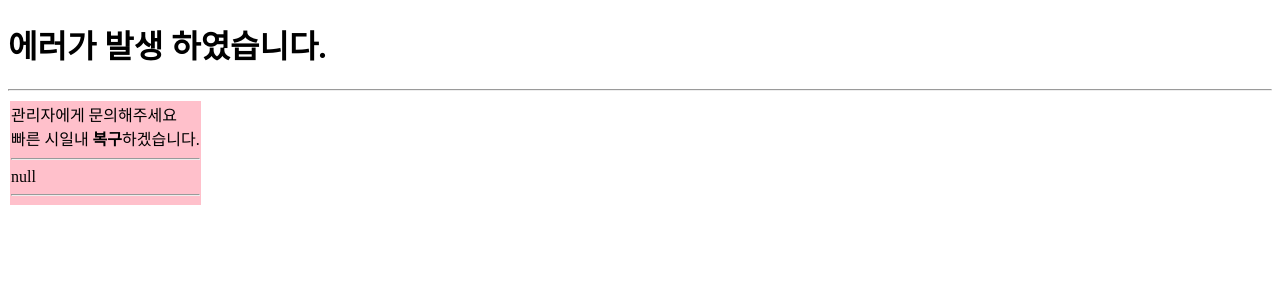
Repository: donggeonoh/My_Source
Page: http://localhost/WebProgramming/ch05/error.jsp
These files come from the project's save history. The page is drawn as it stood at one moment and after the next save; the edit follows.
The browser window is 1280 px wide. The pictures show the whole page.
The page is served by Tomcat 9. Other server files are loaded and not shown.

Above is the page before, as saved 2016-10-06 09:51:53.

### Web Source/WebProgramming/WebContent/ch05/error.jsp
<%@ page language="java" contentType="text/html; charset=UTF-8"
    pageEncoding="UTF-8" isErrorPage = "true"%>
<!DOCTYPE html PUBLIC "-//W3C//DTD HTML 4.01 Transitional//EN" "http://www.w3.org/TR/html4/loose.dtd">
<html>
<head>
<meta http-equiv="Content-Type" content="text/html; charset=UTF-8">
<title>Error of Error_test.jsp</title>
</head>
<body>
	<h1>에러가 발생 하였습니다.</h1>
	<hr>
		<table align = "100px">
			<tr bgcolor = "pink">
				<td>
				관리자에게 문의해주세요<br>
				빠른 시일내 <strong>복구</strong>하겠습니다.
				<hr>
				<%= exception%>
				<hr>
				</td>
			</tr>
		</table>
</body>
</html>

After the next save:
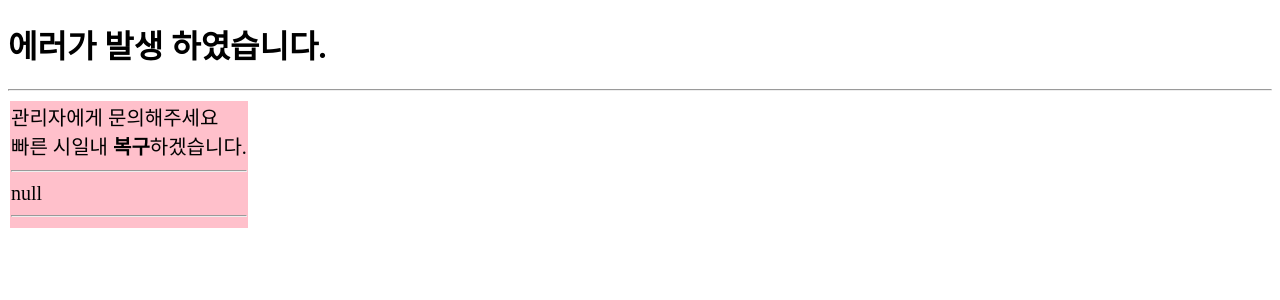
Saved 60 s later.
--- a/Web Source/WebProgramming/WebContent/ch05/error.jsp
+++ b/Web Source/WebProgramming/WebContent/ch05/error.jsp
@@ -9,7 +9,7 @@
 <body>
 	<h1>에러가 발생 하였습니다.</h1>
 	<hr>
-		<table align = "100px">
+		<table style = "font-size : 20px">
 			<tr bgcolor = "pink">
 				<td>
 				관리자에게 문의해주세요<br>
